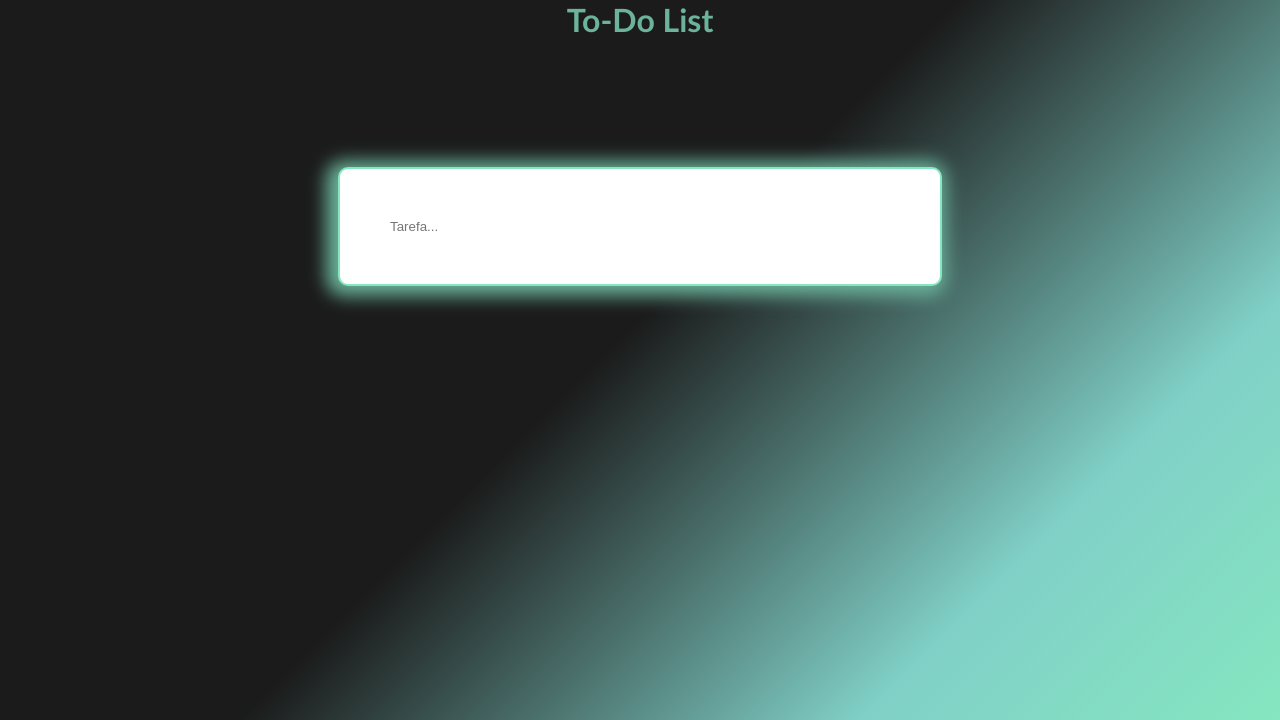
Repository: PetersonAntonyDev/python-flask-
Page: index.html
An editor plug-in stored every save of this project. The page is shown before and after the next save, followed by the edit.
The browser window is 1280 px wide. The pictures show the whole page.

Above is the page before, as saved 2022-07-26 10:30:01.

After the next save:
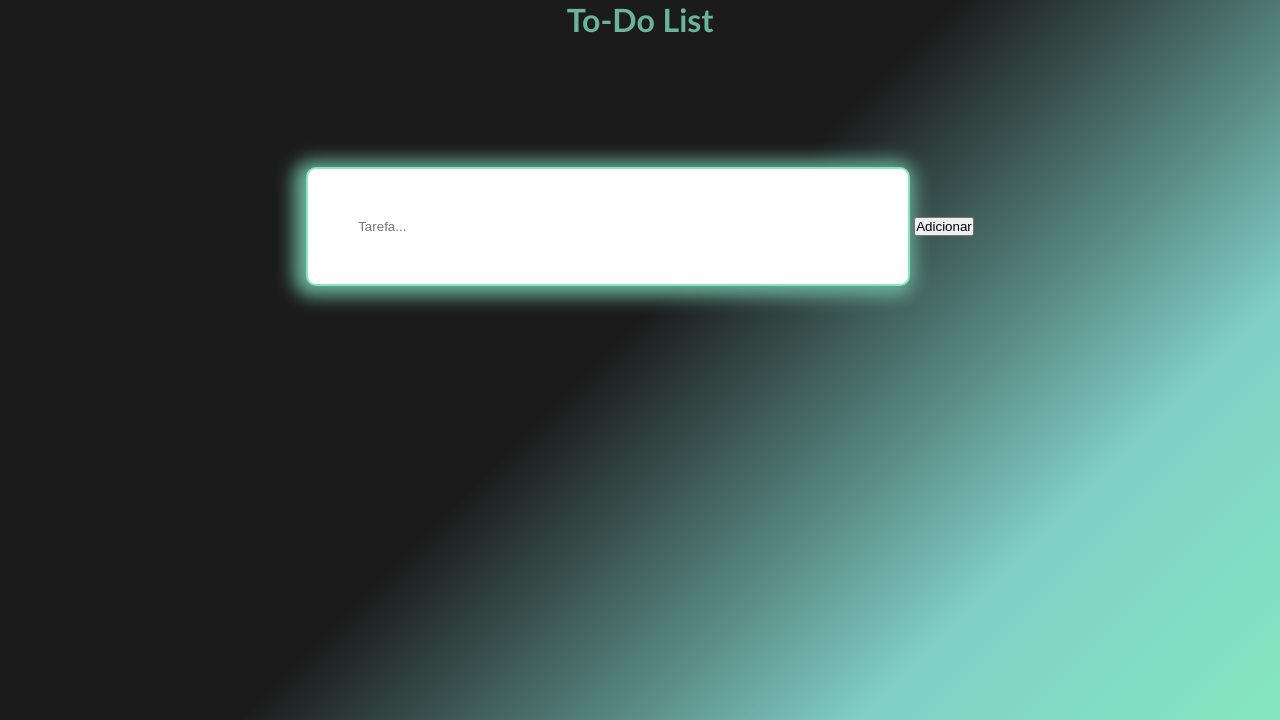
Saved 58 s later.
--- a/index.html
+++ b/index.html
@@ -14,6 +14,7 @@
     <main>
         <form action="" method="post">
             <input class="task" type="text" name="task" id="task" placeholder="Tarefa...">
+            <button>Adicionar</button>
         </form>
     </main>
 </body>
